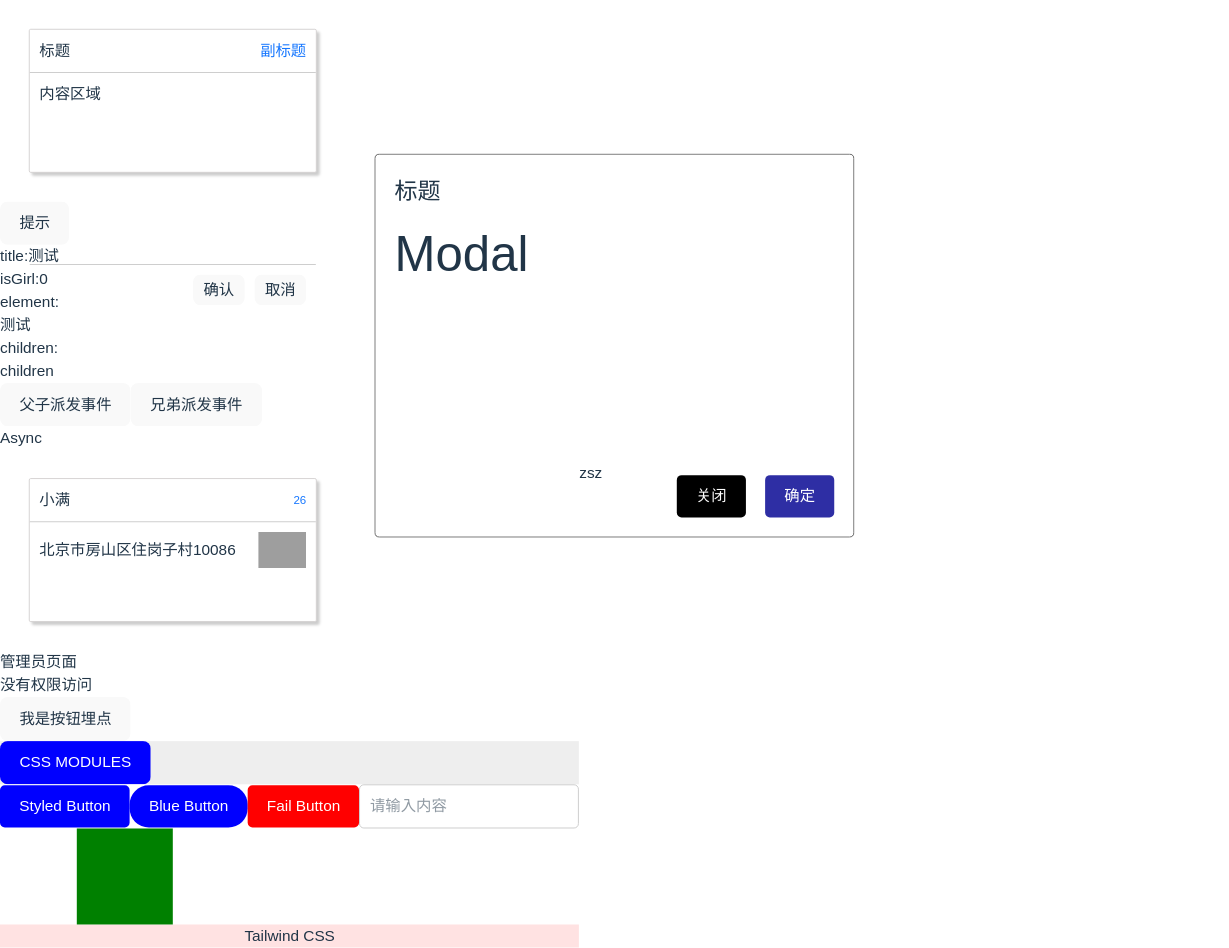
Repository: EDMZJJJ/learn-react
Page: /
These files come from the project's save history. The page is drawn as it stood at one moment and after the next save; the edit follows.
The browser window is 1280 px wide. The pictures show the whole page, at 96% of full size.
Pictures or frames that could not be fetched are drawn as grey boxes. The project was rebuilt for these pictures with package versions that can differ from the ones it lists, and the page was loaded fresh each time. Also part of the build but not shown: vite.config.ts, src/components/Skeleton/index.css, src/components/Message/index.css, src/components/Message/index.tsx.

Above is the page before, as saved 2026-03-11 16:41:15.

### index.html
<!doctype html>
<html lang="en">
  <head>
    <meta charset="UTF-8" />
    <link rel="icon" type="image/svg+xml" href="/vite.svg" />
    <meta name="viewport" content="width=device-width, initial-scale=1.0" />
    <title>learn-react</title>
  </head>
  <body>
    <div id="root"></div>
    <script type="module" src="/src/main.tsx"></script>
  </body>
</html>

### src/main.tsx
import { StrictMode } from 'react'
import { createRoot } from 'react-dom/client'
import './index.css'
import App from './App.tsx'
import './components/Message/index.tsx'
import './tailwind.css'
createRoot(document.getElementById('root')!).render(
  <StrictMode>
    <App />
  </StrictMode>,
)

### src/App.tsx
import React, { lazy, Suspense, useEffect } from "react"
import { createPortal } from "react-dom"
import Card from "./components/Card"
import Test from "./components/Test"
const AsyncComponent=lazy(()=>import('./components/Async')) // 使用lazy进行异步加载组件
import NewCard from './components/NewCard'
import { Skeleton } from "./components/Skeleton"
import { Modal } from "./components/Modal"
import styles from './app.module.scss'
import styled,{createGlobalStyle,keyframes} from 'styled-components'; //css-in-js 库
// eg:权限判断
const Role = {
  ADMIN: 'admin',
  USER: 'user'
} as const;
type Role = typeof Role[keyof typeof Role];
const withAuthorrization=(role:Role)=>(Component:React.FC)=>{
  const isAuth=(role:Role)=>{
    return  role===Role.ADMIN
  }
  return (props:any)=>{
    if(isAuth(role)){
      return <Component {...props} />  //透传props
    }else{
      return <div>没有权限访问</div>
    }
  }
}
const AdminComponent=withAuthorrization(Role.ADMIN)((props:any)=>{
  console.log(props)
  return <div>管理员页面</div>
})
const UserComponet=withAuthorrization(Role.USER)(()=>{
  return <div>用户页面</div>
})

// eg:封装一个通用的HOC，实现埋点统计，比如点击事件，页面挂载，页面卸载等。
// 封装一个埋点服务
const trackService={
  sendEvent:<T,>(trackType:string, data: T = null as T)=>{
   const eventData = {
      timestamp: Date.now(), // 时间戳
      trackType, // 事件类型
      data, // 事件数据
      userAgent: navigator.userAgent, // 用户代理
      url: window.location.href, // 当前URL
    }
    //发送数据
    navigator.sendBeacon('/track', JSON.stringify(eventData))
  }
}
const withTracking=(Component:React.ComponentType<any>, trackType:string)=>{
  return (props:any)=>{
    // 页面挂载时发送事件
    useEffect(()=>{
      trackService.sendEvent(trackType+'_mount') //组件挂载时发送事件
      return ()=>{
        trackService.sendEvent(trackType+'_unmount') //组件卸载时发送事件
      }
    },[])
    //处理事件
    const trackEvent = (eventType: string, data: any) => {
      trackService.sendEvent(`${trackType}-${eventType}`, data)
    }
    return <Component {...props} trackEvent={trackEvent} />
  }
}
const Button = ({ trackEvent }:{trackEvent: (eventType: string, data: any) => void  }) => {
  // 点击事件
  const handleClick = (e: React.MouseEvent<HTMLButtonElement>) => {
    trackEvent(e.type, {
      name: e.type,
      type: e.type,
      clientX: e.clientX,
      clientY: e.clientY,
    })
  }

  return <button   onClick={handleClick}>我是按钮埋点</button>
}
// 使用HOC高阶组件
const TrackButton = withTracking(Button, 'button')

//CSS-in-JS
const StyledButton = styled.button<{primary?: boolean}>`
  background-color: ${props => props.primary ? 'blue' : 'lightgray'};
  color: white;
  padding: 10px 20px;
  border: none;
  border-radius: 5px;
  cursor: pointer;
`;
//圆角蓝色按钮,通过继承StyledButton的样式来创建一个新的组件
const BlueButton = styled(StyledButton)`
   background-color: blue;
   border-radius: 20px;
`;
//失败按钮
const FailButton = styled(StyledButton)`
   background-color: red;
`;
interface DivComponentProps {
  placeholder: string;
}
const InputComponent = styled.input.attrs<DivComponentProps>(props => ({
  type: 'text',
  placeholder: props.placeholder,
}))`
   padding: 10px;
   border: 1px solid #ccc;
   border-radius: 5px;
`
// createGlobalStyle 来创建全局样式
const GlobalStyle = createGlobalStyle`
  body {
    margin: 0;
    padding: 0;
    font-family: 'Arial', sans-serif;
  }
`
// 通过 keyframes 来创建动画
const move=keyframes`
  from {
    transform: translateX(0);
  }
  to {
    transform: translateX(100px);
  }
`
const AnimatedDiv = styled.div`
   width: 100px;
   height: 100px;
   background-color: green;
   animation: ${move} 2s linear infinite;
`

const App: React.FC = () =>  {
  //所有hook都必须在组件的最顶层调用，不能在循环或条件语句中调用它。
  const fn = (params:string)=>{
    console.log('子组件触发了 父组件的事件',params)
  }

  return (
    <>
      <Card></Card>
      {/* 全局组件 */}
      <button onClick={() => window.onShow()}>提示</button>

      {/* 组件通信 */}
      <Test
        title={'测试'}
        id={1}
        obj={{ a: 1, b: 2 }}
        arr={[1, 2, 3]}
        cb={(a: number, b: number) => a + b}
        empty={null}
        element={<div>测试</div>}
        isGirl={false}
        callback={fn}
      >
        <div>children</div>
      </Test>

      {/* 异步组件 */}
      {/* 使用Suspense包裹异步组件，fallback指定加载过程中的占位组件 */}
      <Suspense fallback={<div>loading</div>}>
        <AsyncComponent />
      </Suspense>

      <Suspense fallback={<Skeleton></Skeleton>}>
        <NewCard></NewCard>
      </Suspense>

      {/* 高阶组件 */}
      <AdminComponent a="1"/>
      <UserComponet a="1"/>

      <TrackButton />

      {/* createPortal:是个api,将一个组件渲染到DOM的任意位置 */}
      {createPortal(<div>zsz</div>, document.body)}
      <Modal></Modal>
      <div className={styles['app']}>
          <button className={`${styles['button-default']} ${styles['button-blue']}`}>CSS MODULES</button>
      </div>

      {/* CSS-IN-JS */}
      <StyledButton primary>Styled Button</StyledButton>
      <BlueButton>Blue Button</BlueButton>
      <FailButton>Fail Button</FailButton>
      <InputComponent placeholder="请输入内容" />
      <GlobalStyle />
      <AnimatedDiv />

      {/* tailwindcss */}
      <section className="text-center bg-red-100">Tailwind CSS</section>
    </>
  )
}


export default App

### src/components/Card/index.tsx
import './index.css'

export default function Card() {
  //接受参数
    window.addEventListener('on-card', (e) => {
        console.log(e.params, '兄弟触发了')
    })

    return (
        <div className='card'>
            <header>
                <div>标题</div>
                <div>副标题</div>
            </header>
            <main>
                内容区域
            </main>
            <footer>
                 <button>确认</button>
                 <button>取消</button>
            </footer>
        </div>
    )
}

### src/components/Test/index.tsx
import type { JSX } from "react"
import React from "react"
interface Props {
    title?: string
    id: number
    obj: {
        a: number
        b: number
    }
    arr: number[]
    cb: (a: number, b: number) => number
    empty: null
    element: JSX.Element,
    isGirl:boolean,
    children?:React.ReactNode, //在之前的版本children是不需要手动定义的，在18之后改为需要手动定义类型
    callback:(params: string) => void
}
// 第二种默认值的方式
// const defaultProps: Partial<Props> = {
//     title: '默认标题',
// }
// const Test:React.FC<Props> = (props)=>{
// const { title } = { ...defaultProps, ...props }
//   console.log(props)
//   return (
//     <>
//     <div>title:{title}</div>
//     <div>isGirl:{props.isGirl?1:0}</div>
//     <div>子组件test:{props.element}</div>
//     </>
//   )
// }

// React.FC是函数式组件，是在TS使用的一个范型。FC是Function Component的缩写
// React.FC 帮助我们自动推导Props的类型。

// 第一种默认值的方式
const Test:React.FC<Props> = ({title = '默认标题',...props})=>{
  console.log(props)

  // 兄弟通信
  const event= new Event('on-card') //添加到事件中心
  const clickTap=()=>{
    console.log(event);
    event.params={name:'我见过龙'}
    window.dispatchEvent(event)

  }

  return (
    <>
    <div>title:{title}</div>
    <div>isGirl:{props.isGirl?1:0}</div>
    <div>element:{props.element}</div>
    <div>children:{props.children}</div>
    <button onClick={() => props.callback('我见过龙')}>父子派发事件</button>
    <button onClick={clickTap}>兄弟派发事件</button>
    </>
  )
}

//扩充event类型
declare global {
    interface Event {
        params: any
    }
}
export default Test

### src/components/NewCard/index.tsx

import { use } from 'react'
import './index.css'
interface Data {
   name: string
   age: number
   address: string
   avatar: string
}
const sleep=(ms:number)=>{
  return new Promise(resolve=>{
    setTimeout(()=>{resolve('')},ms)
  })
}
const getData=async ()=>{
  await sleep(2000) //等待2秒
  return await fetch('/data.json').then(res=>res.json()) as {data:Data}
}
const dataPromise = getData();
const NewCard: React.FC = () => {
  // 使用了use获取Promise返回的数据
 const { data } = use(dataPromise)
   return <div className="card">
      <header className="card-header">
         <div className="card-name">{data.name}</div>
         <div className="card-age">{data.age}</div>
      </header>
      <section className="card-content">
         <div className="card-address">{data.address}</div>
         <div className="card-avatar">
            <img width={50} height={50} src={data.avatar} alt="" />
         </div>
      </section>
   </div>;
};

export default NewCard;

### src/components/Skeleton/index.tsx
import './index.css'
export const Skeleton = () => {
    return <div className="skeleton">
        <header className="skeleton-header">
            <div className="skeleton-name"></div>
            <div className="skeleton-age"></div>
        </header>
        <section className="skeleton-content">
            <div className="skeleton-address"></div>
            <div className="skeleton-avatar"></div>
        </section>
    </div>
}

### src/components/Modal/index.tsx
import './index.css';
import { createPortal } from "react-dom"

export const Modal = () => {
  return createPortal(<div className="modal">
    <div className="modal-header">
      <div className="modal-title">标题</div>
    </div>
    <div className="modal-content">
      <h1>Modal</h1>
    </div>
    <div className="modal-footer">
      <button className="modal-close-button">关闭</button>
      <button className="modal-confirm-button">确定</button>
    </div>
  </div>, document.body)
}

### src/app.module.scss
.app {
  background: #eeeeee;
  :global(.button) {
    // :global() 让这个样式全局生效
    background: white;
    width: 100px;
    height: 100px;
    color: #333;
  }
  .button-blue {
    background: blue;
    color: #fff;
  }
}

### src/components/Async/index.tsx
export const AsyncComponent=()=>{
  return <div>Async</div>
}

export default AsyncComponent

### src/components/Card/index.css
.card {
  background: white;
  border-radius: 5px;
  border: 1px solid #ccc;
  width: 500px;
  box-shadow: 3px 3px 3px #ccc;

  header {
    display: flex;
    justify-content: space-between;
    align-items: center;
    border-bottom: 1px solid #ccc;
    padding: 10px;

    div:last-child {
      color: #1677ff;
    }
  }

  main {
    min-height: 200px;
    border-bottom: 1px solid #ccc;
    padding: 10px;
  }
  footer {
    display: flex;
    justify-content: flex-end;
    align-items: center;
    padding: 10px;
    button {
      margin-left: 10px;
      padding: 3px 10px;
    }
  }
}

### src/components/NewCard/index.css
.card {
  width: 300px;
  height: 150px;
  border: 1px solid #d6d3d3;
  margin: 30px;
  border-radius: 2px;
}

.card-header {
  display: flex;
  justify-content: space-between;
  align-items: center;
  border-bottom: 1px solid #d6d3d3;
  padding: 10px;
}

.card-age {
  font-size: 12px;
  color: #999;
}

.card-content {
  display: flex;
  justify-content: space-between;
  align-items: center;
  padding: 10px;
}

### src/components/Modal/index.css
.modal {
  position: absolute;
  top: 0;
  left: 0;
  width: 100%;
  height: 100%;
  border: 1px solid #4d4d4d;
  width: 500px;
  height: 400px;
  left: 50%;
  top: 50%;
  transform: translate(-50%, -50%);
  padding: 20px;
  border-radius: 5px;
  display: flex;
  flex-direction: column;
  justify-content: space-between;
}
.modal-header {
  display: flex;
  justify-content: space-between;
  align-items: center;
}
.modal-title {
  font-size: 1.5rem;
  font-weight: bold;
}
.modal-content {
  padding: 20px 0;
  flex: 1;
}
.modal-footer {
  display: flex;
  justify-content: flex-end;
}
.modal-close-button {
  margin-right: 10px;
  background-color: #000;
  color: #fff;
  border: none;
  padding: 10px 20px;
  border-radius: 5px;
  cursor: pointer;
}
.modal-confirm-button {
  margin-left: 10px;
  background-color: rgb(46, 46, 164);
  color: #fff;
  border: none;
  padding: 10px 20px;
  border-radius: 5px;
  cursor: pointer;
}

### public/data.json
{
  "data": {
    "id": 1,
    "address": "北京市房山区住岗子村10086",
    "name": "小满",
    "age": 26,
    "avatar": "https://api.dicebear.com/7.x/avataaars/svg?seed=小满"
  }
}

Loaded but not shown: src/index.css (common file); src/tailwind.css (common file)

After the next save:
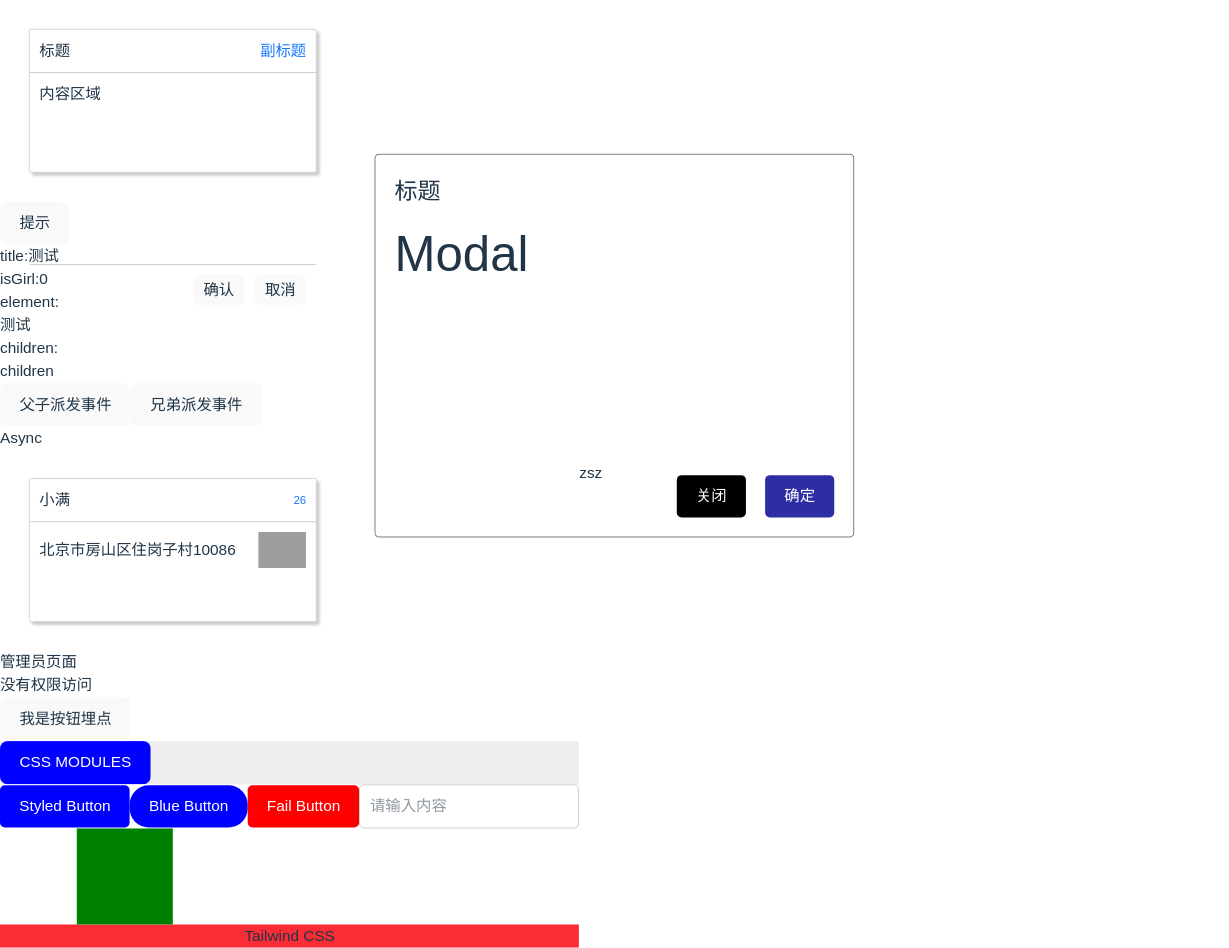
Saved 11 s later.
--- a/src/App.tsx
+++ b/src/App.tsx
@@ -193,7 +193,7 @@ const App: React.FC = () =>  {
       <AnimatedDiv />
 
       {/* tailwindcss */}
-      <section className="text-center bg-red-100">Tailwind CSS</section>
+      <section className="text-center bg-red-500">Tailwind CSS</section>
     </>
   )
 }
